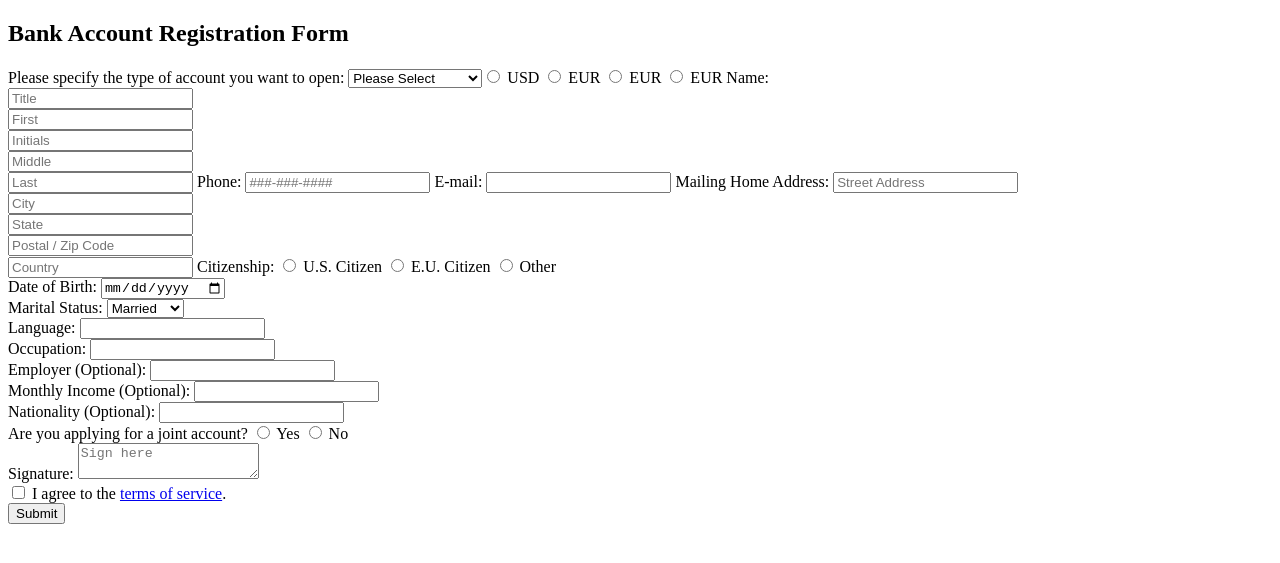
Repository: hizeetech/First-Assignment
Page: sign_up.html
These files come from the project's save history. The page is drawn as it stood at one moment and after the next save; the edit follows.
The browser window is 1280 px wide. The pictures show the whole page.

Above is the page before, as saved 2024-11-09 01:56:31.

After the next save:
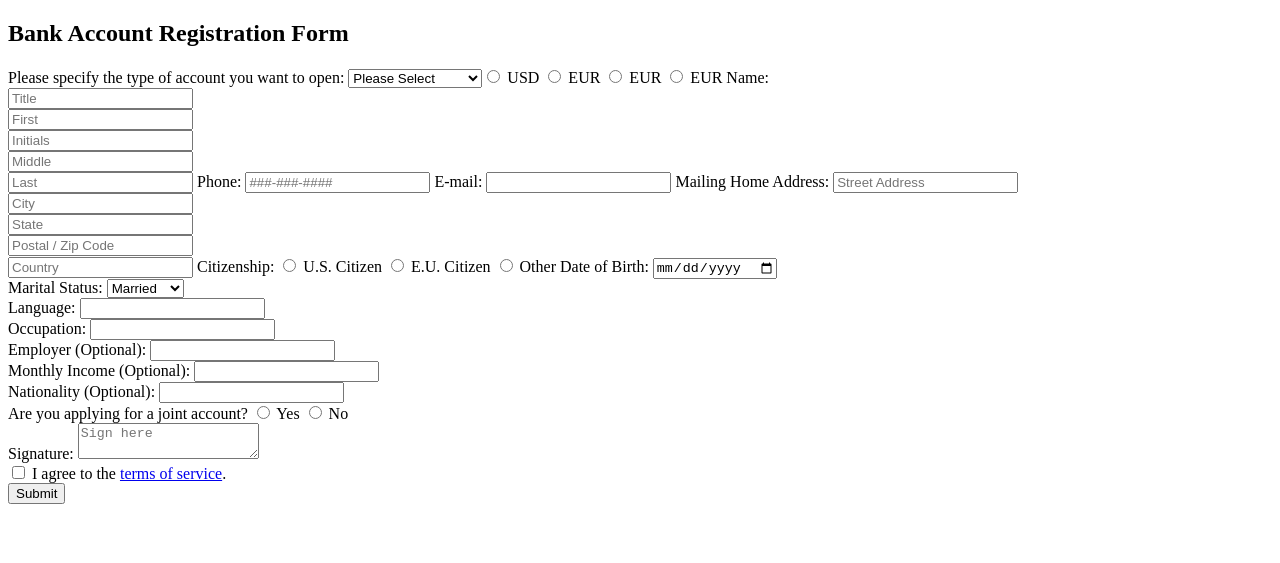
Saved 7 s later.
--- a/sign_up.html
+++ b/sign_up.html
@@ -56,8 +56,6 @@
             <label><input type="radio" name="citizenship" value="other"> Other</label>
 
 
-        <!-- Date of Birth and Marital Status -->
-        <div class="form-group">
             <label for="dob">Date of Birth:</label>
             <input type="date" id="dob" name="dob" required>
         </div>
